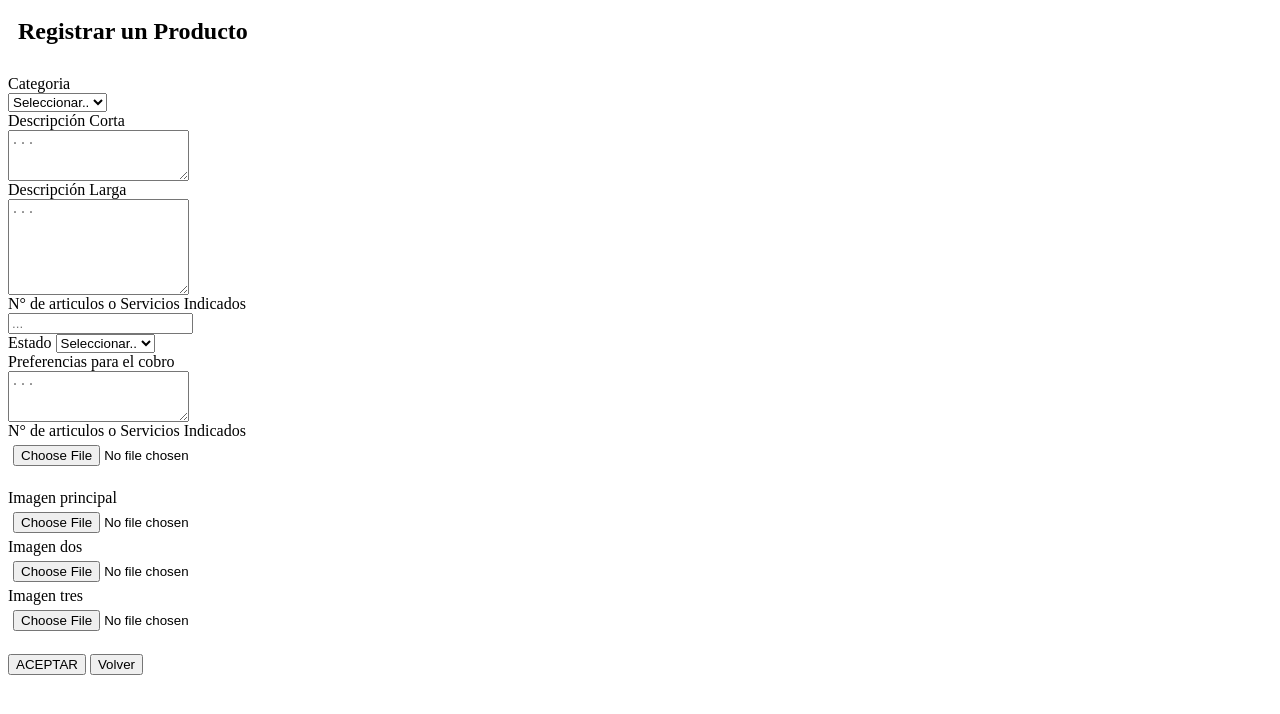
Repository: elrodriguez/trueque
Page: resources/views/livewire/product/user-product-register-form.blade.php
An editor plug-in stored every save of this project. The page is shown before and after the next save, followed by the edit.
The browser window is 1280 px wide. The pictures show the whole page.
The page is served by the project's Laravel application, run on PHP 8.4 with Laravel 8. The template is opened directly, without the code that normally fills it, so the values that code supplies are empty.

Above is the page before, as saved 2021-04-16 11:00:20.

After the next save:
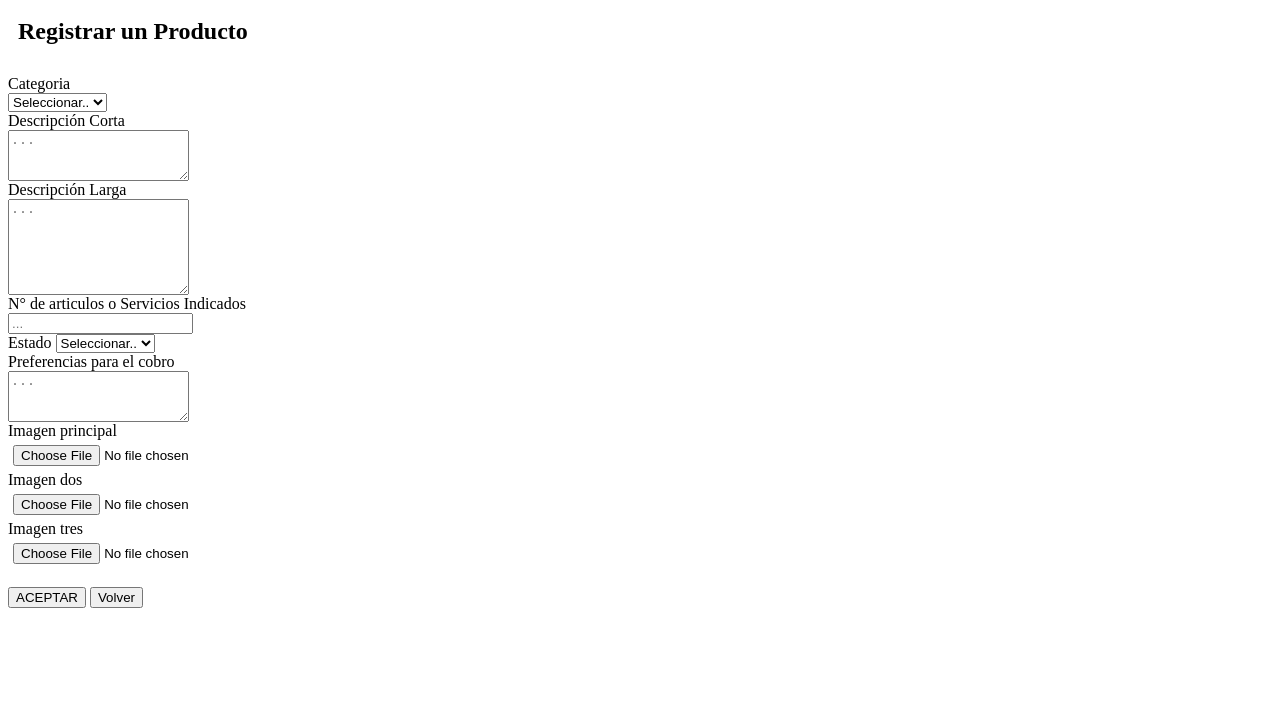
Saved 34 s later.
--- a/resources/views/livewire/product/user-product-register-form.blade.php
+++ b/resources/views/livewire/product/user-product-register-form.blade.php
@@ -65,15 +65,6 @@
                                 </div>
                                 <div class="single-form form-default form-border ">
                                     <div class="row">
-                                        <div class="col-sm-12">
-                                            <label>N° de articulos o Servicios Indicados</label>
-                                            <div class="form-input">
-                                                <input style="padding: 5px;" type="file" placeholder="...">
-                                            </div>
-                                        </div>
-                                    </div>
-                                    <br/>
-                                    <div class="row">
                                         <div class="col-md-4">
                                             <label>Imagen principal</label>
                                             <div class="form-input mb-2">
